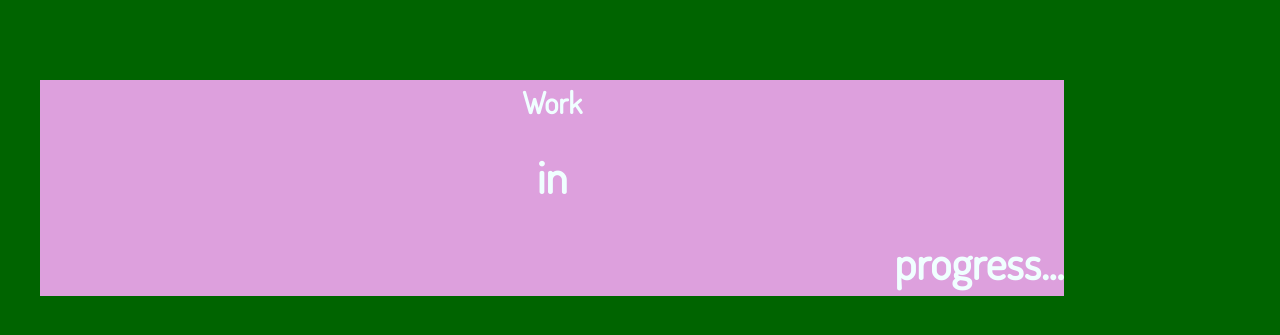
Repository: NollieChtn6/NollieChtn6.github.io
Page: index.html
These files come from the project's save history. The page is drawn as it stood at one moment and after the next save; the edit follows.
The browser window is 1280 px wide. The pictures show the whole page.

Above is the page before, as saved 2023-11-10 18:14:34.

### index.html

<!DOCTYPE html>

<html lang="fr">

<head>
  <meta charset="utf-8">
  <meta name="viewport" content="width=device-width">
  <link href="css/reset.css" rel="stylesheet">
  <link href="css/style.css" rel="stylesheet">
  <link
    href="https://fonts.googleapis.com/css2?family=Dosis&display=swap"
    rel="stylesheet">
  <title>Portfolio</title>
</head>

<body>

  <main class="main__container">

    <div class="main__content">

      <h1 class="main__title">
        <span class="main__title main__title--level-1">
          Work
        </span>
        <span class="main__title main__title--level-2">
          in
        </span>
        <span class="main__title main__title--level-3">
          progress...
        </span>
      </h1>

    </div>

  </main>

</body>

</html>

### css/style.css
/* VARIABLES */

/* :root {

} */


/* GÉNÉRAL */

* {
  box-sizing: border-box;
}

html {
  font-size: 62.5%;
}

body {
  display: flex;
  flex-direction: column;
  height: 100vh;
  min-height: 100vh;
}

h1 {
  font-family: 'Dosis', sans-serif;
}


/* MAIN  */

.main__container {
  display: flex;
  flex-direction: column;
  background-color: antiquewhite;
  height: 100vh;
  width: 100vw;
}

.main__content {
  display: flex;
  flex-direction: column;
  background-color:darkgreen;
  height: 100vh;
  width: 100vw;
  margin-top: auto;
  /* padding: 5rem 0rem 0rem 8rem; */
  /* justify-content: center; */
  /* align-items: center; */
  padding-top: 8rem;
  padding-left: 4rem;;

}

h1 {
  display: flex;
  flex-direction: column;
  width: 80vw;
  height: 30vh;
  font-size: 3rem;
  background-color: plum;
  color: azure;
  justify-content: space-between;
}

.main__title--level-1 {
  align-self: center;

}

.main__title--level-2 {
  align-self: center;
  font-size: 1.5em;
}

.main__title--level-3 {
  align-self: end;
  font-size: 1.5em;
}

Loaded but not shown: css/reset.css (common file)

After the next save:
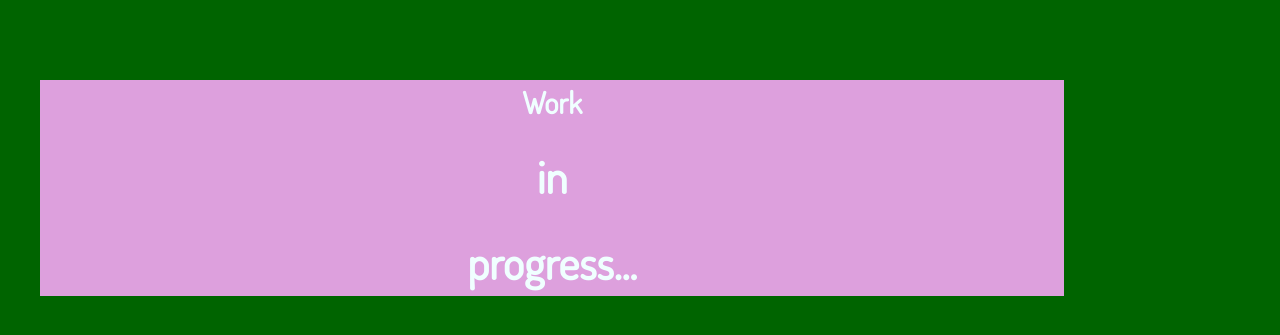
Saved 19 s later.
--- a/css/style.css
+++ b/css/style.css
@@ -74,6 +74,6 @@ h1 {
 }
 
 .main__title--level-3 {
-  align-self: end;
+  align-self: center;
   font-size: 1.5em;
 }
